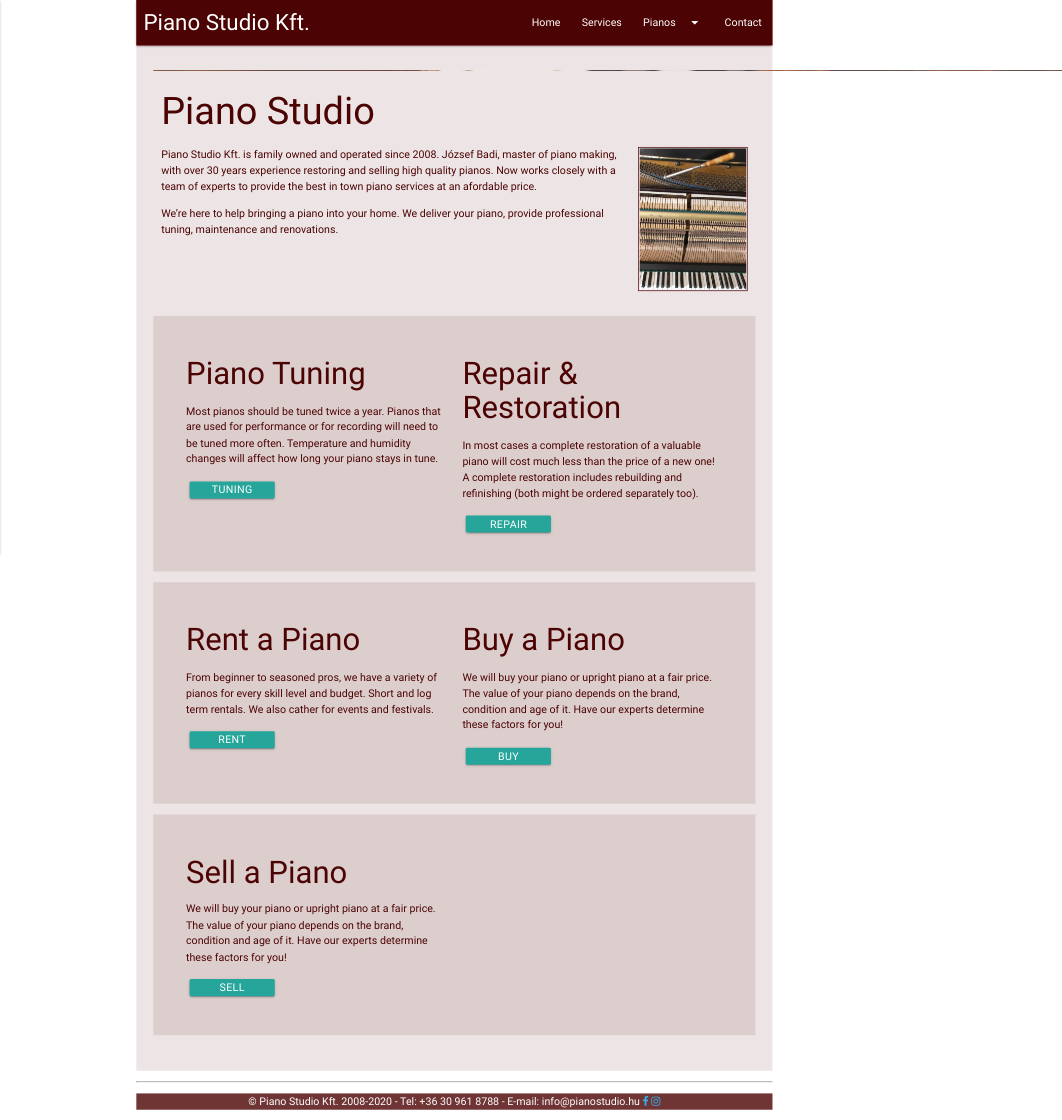
Repository: badiattila/pianostudioheroku
Page: http://localhost/
The author's editor kept a record of every edit. The page is drawn from the files as they stood at one moment, then again after the next edit.
The browser window is 1280 px wide. The page is 1496 px wide, then 1280 px, so the pictures cover 1496 px, including what lies to the right of the window. The pictures show the whole page, at 71% of full size.
Some web libraries are served in a nearby version. The page is served by the project's application, run on Flask 3 (app.py).

Above is the page before.

### templates/index.html
{% extends 'base.html' %} {% block content %}

<div class="op">
    <div class="row">
        <div class="col s12" id="intro">
            </div>
        <div class="col s12">
            <h2>Piano Studio</h2>
            <img class="right-teaser" src="{{url_for('static', filename='pictures/hangolas.jpg')}}" alt="Piano Studio" />
            <p>Piano Studio Kft. is family owned and operated since 2008. József Badi, master of piano making, with over 30 years experience restoring and selling high quality pianos. Now works closely with a team of experts to provide the best in town piano
                services at an afordable price.</p>
            <p>We’re here to help bringing a piano into your home. We deliver your piano, provide professional tuning, maintenance and renovations.</p>
        </div>
    </div>
    <div class="row op">
        <div class="col s6">
            <h3>Piano Tuning</h3>
            <p>Most pianos should be tuned twice a year. Pianos that are used for performance or for recording will need to be tuned more often. Temperature and humidity changes will affect how long your piano stays in tune.</p>
            <p><a class="waves-effect waves-light btn btn_mid" href="{{url_for('services')}}" role="button">Tuning</a></p>
        </div>
        <div class="col s6">
            <h3>Repair & Restoration</h3>
            <p>In most cases a complete restoration of a valuable piano will cost much less than the price of a new one! A complete restoration includes rebuilding and refinishing (both might be ordered separately too).</p>
            <p><a class="waves-effect waves-light btn btn_mid" href="{{url_for('services')}}" role="button">Repair</a></p>
        </div>
    </div>
    <div class="row op">
        <div class="col s6">
            <h3>Rent a Piano</h3>
            <p>From beginner to seasoned pros, we have a variety of pianos for every skill level and budget. Short and log term rentals. We also cather for events and festivals. </p>
            <p><a class="waves-effect waves-light btn btn_mid" href="{{url_for('services')}}" role="button">Rent</a></p>
        </div>
        <div class="col s6">
            <h3>Buy a Piano</h3>
            <p>We will buy your piano or upright piano at a fair price. The value of your piano depends on the brand, condition and age of it. Have our experts determine these factors for you!</p>
            <p><a class="waves-effect waves-light btn btn_mid" href="{{url_for('pianos_for_sale')}}" role="button">Buy</a></p>
        </div>
    </div>
    <div class="row op">
        <div class="col s6">
            <h3>Sell a Piano</h3>
            <p>We will buy your piano or upright piano at a fair price. The value of your piano depends on the brand, condition and age of it. Have our experts determine these factors for you!</p>
            <p><a class="waves-effect waves-light btn btn_mid" href="{{url_for('createadd')}}" role="button">Sell</a></p>
        </div>
    </div>
</div>
<hr> {% endblock %}

### templates/base.html
<!DOCTYPE html>

<html lang="en">

<head>

    <!-- Meta tags -->
    <meta charset="utf-8">
    <!-- Font awsome -->
    <link rel="stylesheet" href="https://maxcdn.bootstrapcdn.com/font-awesome/4.7.0/css/font-awesome.min.css" type="text/css" />
    <!-- Hover -->
    <link rel="stylesheet" href="https://cdnjs.cloudflare.com/ajax/libs/hover.css/2.1.1/css/hover-min.css" type="text/css" />
    <!-- Material icons by Google -->
    <link href="https://fonts.googleapis.com/icon?family=Material+Icons" rel="stylesheet">
    <!-- Compiled and minified materialize CSS -->
    <link rel="stylesheet" href="https://cdnjs.cloudflare.com/ajax/libs/materialize/0.100.2/css/materialize.min.css">
    <!-- Specific Css for this website -->
    <link rel="stylesheet" href="{{url_for('static', filename='css/style.css')}}" type="text/css" />

    <title>Piano Studio Kft. - Services - </title>
    <link href="{{url_for('static', filename='pictures/favicon.ico')}}" rel="shortcut icon" type="image/x-icon" />
    <meta name="description" content="Piano rental, tuning and repair - Piano Studio Kft." />
    <meta name="keywords" content="Piano rental,piano tuning,piano repair,piano studio" />
    <meta name="copyright" content="Piano Studio Kft." />
    <meta name="author" content="Attila Badi/Piano Studio Kft." />
    <meta name="email" content="info@pianostudio.hu" /> {% block head %} {% endblock %}


</head>

<body>
    <div class="container">
        <header>
            <ul id="dropdown2" class="dropdown-content">
                <li><a href="{{url_for('pianos_for_sale')}}">Sale</a></li>
                <li><a href="{{url_for('createadd')}}">Create Add</a></li>
            </ul>
            <nav>
                <div class="nav-wrapper redbg">
                    <a href="{{url_for('index')}}" class="brand-logo">Piano Studio Kft.</a>
                    <a href="#" data-activates="mobile-demo" class="button-collapse"><i class="material-icons">menu</i></a>
                    <ul id="nav-mobile" class="right hide-on-med-and-down">
                        <li><a href="{{url_for('index')}}">Home</a></li>
                        <li><a href="{{url_for('services')}}">Services</a></li>
                        <!-- Dropdown Trigger -->
                        <li><a class="dropdown-trigger" href="#!" data-target="dropdown2">Pianos<i class="material-icons right">arrow_drop_down</i></a></li>

                        <li><a href="{{url_for('contact')}}">Contact</a></li>
                    </ul>
                    <ul class="side-nav" id="mobile-demo">
                        <li><a href="{{url_for('index')}}">Home</a></li>
                        <li><a href="{{url_for('services')}}">Services</a></li>
                        <li><a href="{{url_for('pianos_for_sale')}}">Sale</a></li>
                        <li><a href="{{url_for('createadd')}}">Create Add</a></li>
                        <li><a href="{{url_for('contact')}}">Contact</a></li>
                    </ul>
                </div>
            </nav>

        </header>
        {% block content %} {% endblock %}

        <footer class="footer redbg">
            <p>&copy; Piano Studio Kft. 2008-2020 - Tel: +36 30 961 8788 - E-mail: info@pianostudio.hu
                <a target="_blank" href="https://www.facebook.com/zongoraterem"><i class="fa fa-facebook" aria-hidden="true"></i></a>
                <a target="_blank" href="https://www.instagram.com/pianostudiokft"><i class="fa fa-instagram" aria-hidden="true"></i></a>
            </p>
        </footer>
    </div>

    <script src="https://code.jquery.com/jquery-3.4.1.min.js" integrity="sha256-CSXorXvZcTkaix6Yvo6HppcZGetbYMGWSFlBw8HfCJo=" crossorigin="anonymous"></script>
    <script src="https://cdnjs.cloudflare.com/ajax/libs/materialize/0.100.2/js/materialize.min.js"></script>

    <script>
        $(document).ready(function() {
            $('.modal').modal();
            $('.dropdown-trigger').dropdown();
            $('.collapsible').collapsible();
            $('select').material_select();
            $('.button-collapse').sideNav();
        });
    </script>

</body>

</html>

### app.py
import os
from flask import Flask, render_template, redirect, request, url_for
from flask_pymongo import PyMongo
from bson.objectid import ObjectId
from flask_mail import Mail, Message

app = Flask(__name__)

app.config["MONGO_DBNAME"] = 'piano_studio'
app.config["MONGO_URI"] = 'mongodb://attilabadi:K00nK00n1234@mycodeinstitutecluster-shard-00-00-wpsfr.mongodb.net:27017,mycodeinstitutecluster-shard-00-01-wpsfr.mongodb.net:27017,mycodeinstitutecluster-shard-00-02-wpsfr.mongodb.net:27017/piano_studio?ssl=true&replicaSet=MyCodeInstituteCluster-shard-0&authSource=admin&retryWrites=true&w=majority'
mongo = PyMongo(app)

app.config.update(
	DEBUG=True,
	#EMAIL SETTINGS
	MAIL_SERVER='mail.pianostudio.hu',
	MAIL_PORT=465,
	MAIL_USE_SSL=True,
	MAIL_USERNAME = 'contact@pianostudio.hu',
	MAIL_PASSWORD = os.environ.get('SMTPPW')
	)
mail = Mail(app)

@app.route('/')
@app.route('/index')
def index():
        return render_template("index.html")

@app.route('/contact')
def contact():
        return render_template("contact.html")

@app.route('/services')
def services():
        return render_template("services.html")

@app.route('/pianos_for_sale')
def pianos_for_sale():
        return render_template("pianos_for_sale.html", pianos=mongo.db.pianos_4_sale.find(), images=mongo.db.pianos_4_sale.find())

@app.route('/createadd')
def createadd():
        return render_template("create_add.html")

@app.route('/insert_add', methods=['POST'])
def insert_add():
        file_id = mongo.save_file(request.files['picture'].filename, request.files['picture'])
        mongo.db.pianos_4_sale.insert({
            'brand': request.form.get('brand') ,
            'description' : request.form.get('description') ,
            'age' : request.form.get('age') ,
            'price' : request.form.get('price') ,
            'file_name' : request.files['picture'].filename})
        return redirect(url_for('pianos_for_sale'))

@app.route('/file/<file_name>')
def file(file_name):
    return mongo.send_file(file_name)

@app.route('/delete_piano/<piano_id>')
def delete_piano(piano_id):
    mongo.db.pianos_4_sale.remove({'_id': ObjectId(piano_id)})
    return redirect(url_for('pianos_for_sale'))

@app.route('/edit_piano/<piano_id>')
def edit_piano(piano_id):
    return render_template('edit_piano.html', piano=mongo.db.pianos_4_sale.find_one({"_id": ObjectId(piano_id)}))


@app.route('/update_piano/<piano_id>', methods=['POST'])
def update_piano(piano_id):
    file_id = mongo.save_file(request.files['picture'].filename, request.files['picture'])
    mongo.db.pianos_4_sale.update( {'_id': ObjectId(piano_id)},
    {
            'brand': request.form.get('brand') ,
            'description' : request.form.get('description') ,
            'age' : request.form.get('age') ,
            'price' : request.form.get('price') ,
            'file_name' : request.files['picture'].filename
    })
    return redirect(url_for('pianos_for_sale'))

@app.route('/send_mail/', methods=['POST'])
def send_mail():
	try:
		msg = Message("Contact form mail from pianostudio",
		  sender=request.form.get('user_email'),
		  recipients=["attila.badi@gmail.com"])
		msg.body = request.form.get('message')
		mail.send(msg)
		return 'Mail sent!'
	except:
		return "Something went wrong"

if __name__ == '__main__':
    app.run(host=os.environ.get('IP'),
        port=int(os.environ.get('PORT')),
        debug=True)

### static/css/style.css
.left {
  float: left;
}

.right {
  float: right;
}

/* Picture formatting for gallery and teaser pictures */

.right-teaser {
  padding: 1px;
  border: 1px solid #4c0303;
  float: right;
  margin: 0 0 1em 1em;
  width: 12vw;
}

.galery-pic {
  padding: 1px;
  border: 1px solid #4c0303;
  margin: 0 0 1em 1em;
  width: 12vw;
}

.btn_small {
  height: 24px;
  width: 60px;
  line-height: 24px;
  margin: 5px 5px;
  padding: 0 0.5em;
}

.btn_mid {
  height: 24px;
  width: 120px;
  line-height: 24px;
  margin: 5px 5px;
  padding: 0 0.5em;
}

.footer {
  color: white;
  opacity: 0.8;
  filter: alpha(opacity=80);
  text-align: center;
}

.redbg {
  background-color: #4c0303;
}

.nav-wrapper {
  padding-left: 10px;
}

/* Opacity classes for different elements */

.op {
  background: rgba(76, 3, 3, 0.1);
  /*background with 30% opacity */
  color: rgba(76, 3, 3);
  padding: 35px;
  margin-bottom: 15px;
}

.dropdown-content {
  width: max-content !important;
  height: auto !important;
}

/* ID based background behaviour */
#intro {
    background-attachment: scroll;
    background-image: url('../pictures/4k-wallpaper-close-up-fingers-1246437.jpg');
    background-position: center;
    background-size: cover;
    width: 100vw;
    background-repeat: no-repeat;
    position: relative;
}

After the next edit:
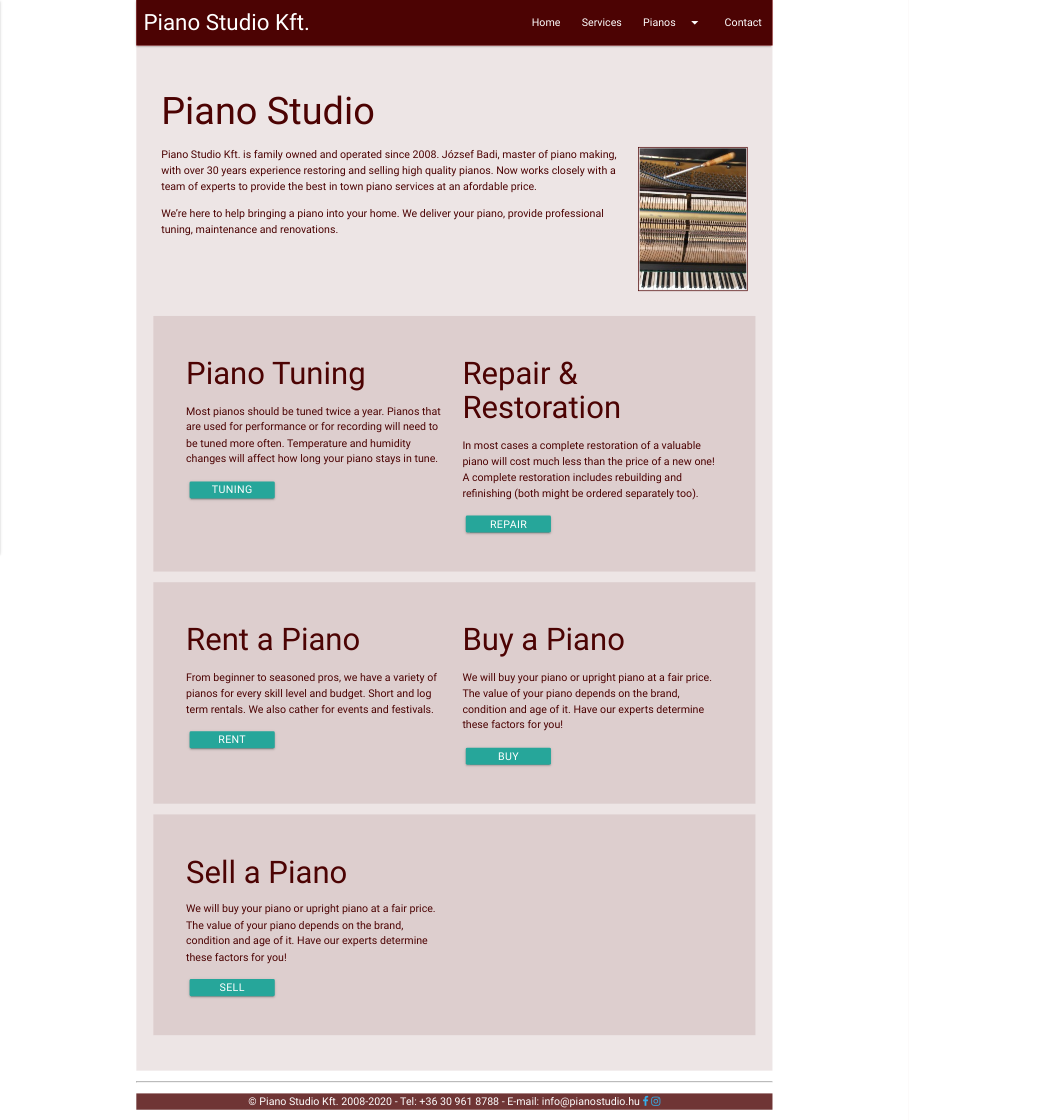
The edit:
--- a/templates/index.html
+++ b/templates/index.html
@@ -2,8 +2,8 @@
 
 <div class="op">
     <div class="row">
-        <div class="col s12" id="intro">
-            </div>
+        <div class="col s12" id="background">
+        </div>
         <div class="col s12">
             <h2>Piano Studio</h2>
             <img class="right-teaser" src="{{url_for('static', filename='pictures/hangolas.jpg')}}" alt="Piano Studio" />
